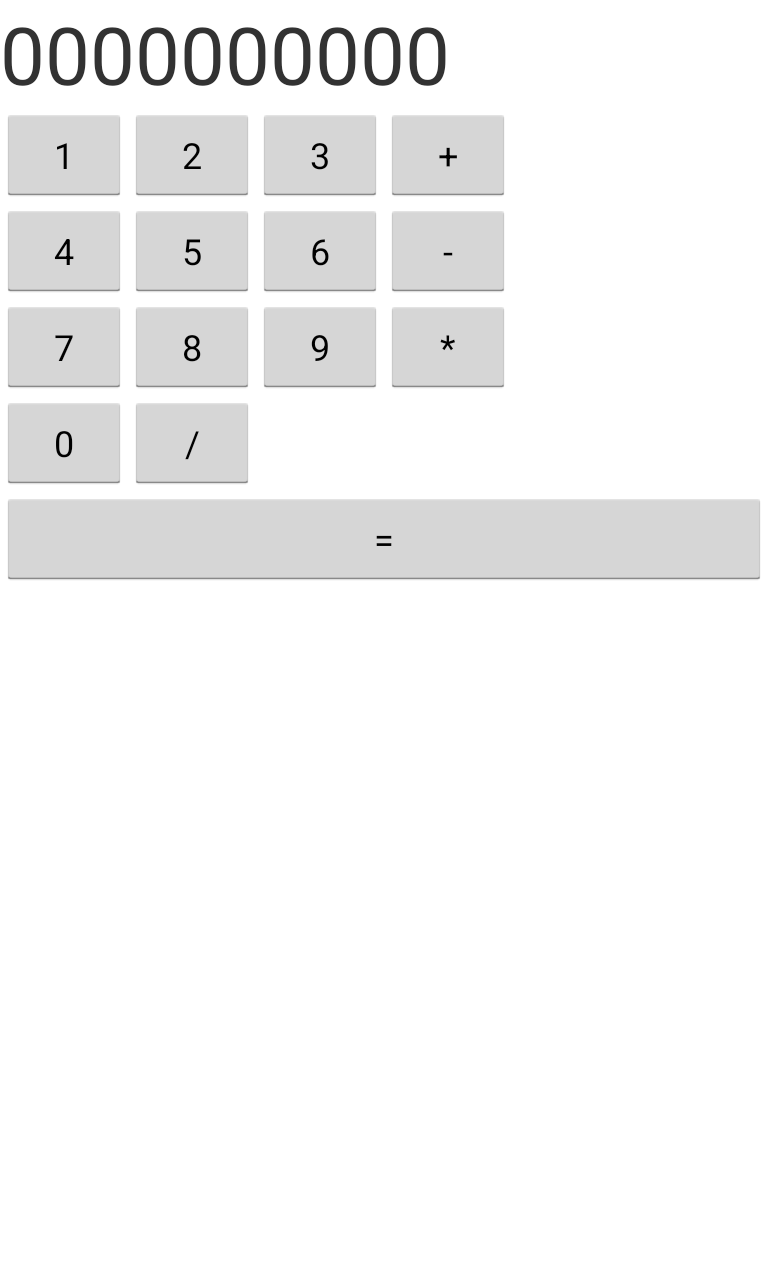
Repository: sfranco/Android
Layout: Calculadora/res/layout/activity_main.xml
These files come from the project's save history. The layout is drawn as it stood at one moment and after the next save; the edit follows.
It is drawn on a 768 x 1280 px phone screen (xhdpi) without system bars, with theme AppTheme; the app's code is not run.

Above is the layout before, as saved 2013-08-22 17:32:15.

After the next save:
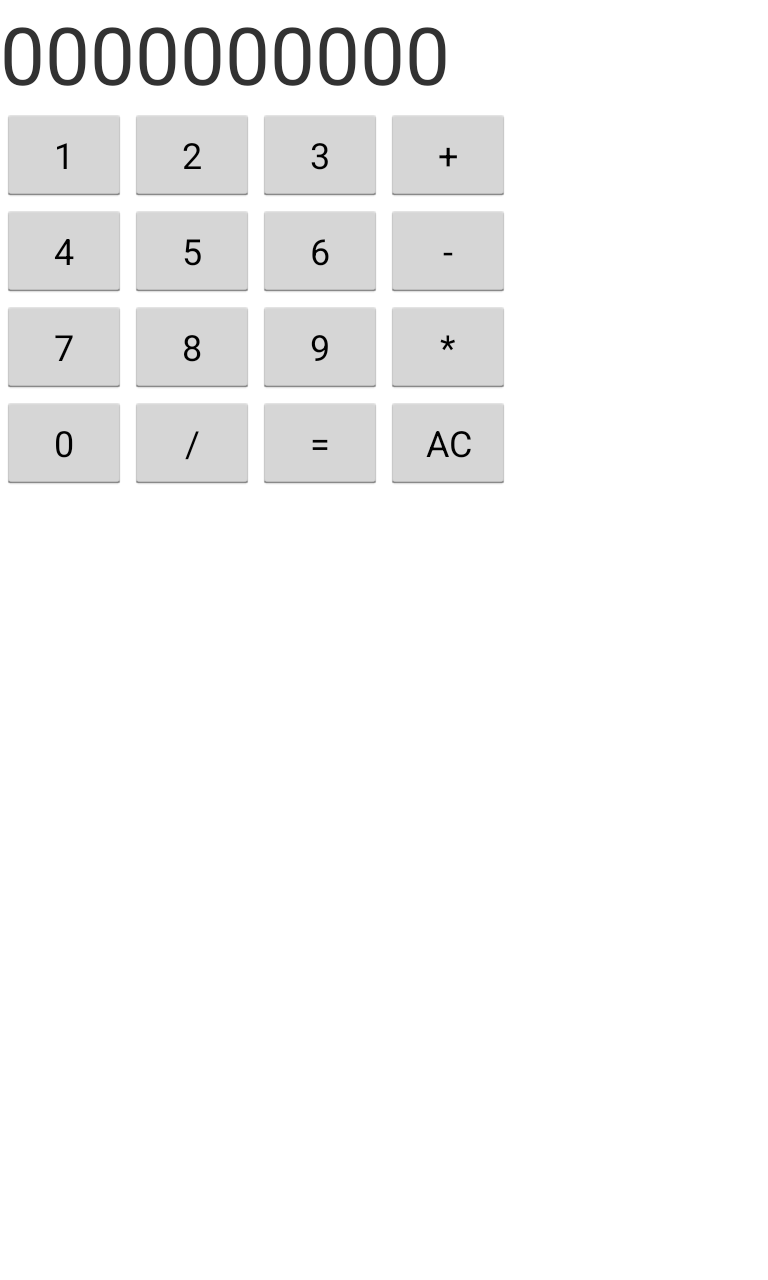
Saved 113 s later.
--- a/Calculadora/res/layout/activity_main.xml
+++ b/Calculadora/res/layout/activity_main.xml
@@ -125,13 +125,20 @@
                 android:layout_width="wrap_content"
                 android:layout_height="wrap_content"
                 android:text="/" />
+
+            <Button
+                android:id="@+id/igual"
+                android:layout_width="wrap_content"
+                android:layout_height="wrap_content"
+                android:text="=" />
+
+            <Button
+                android:id="@+id/reseteo"
+                android:layout_width="wrap_content"
+                android:layout_height="wrap_content"
+                android:text="AC" />
+
         </TableRow>
-
-        <Button
-            android:id="@+id/igual"
-            android:layout_width="wrap_content"
-            android:layout_height="wrap_content"
-            android:text="=" />
 
     </TableLayout>
 
